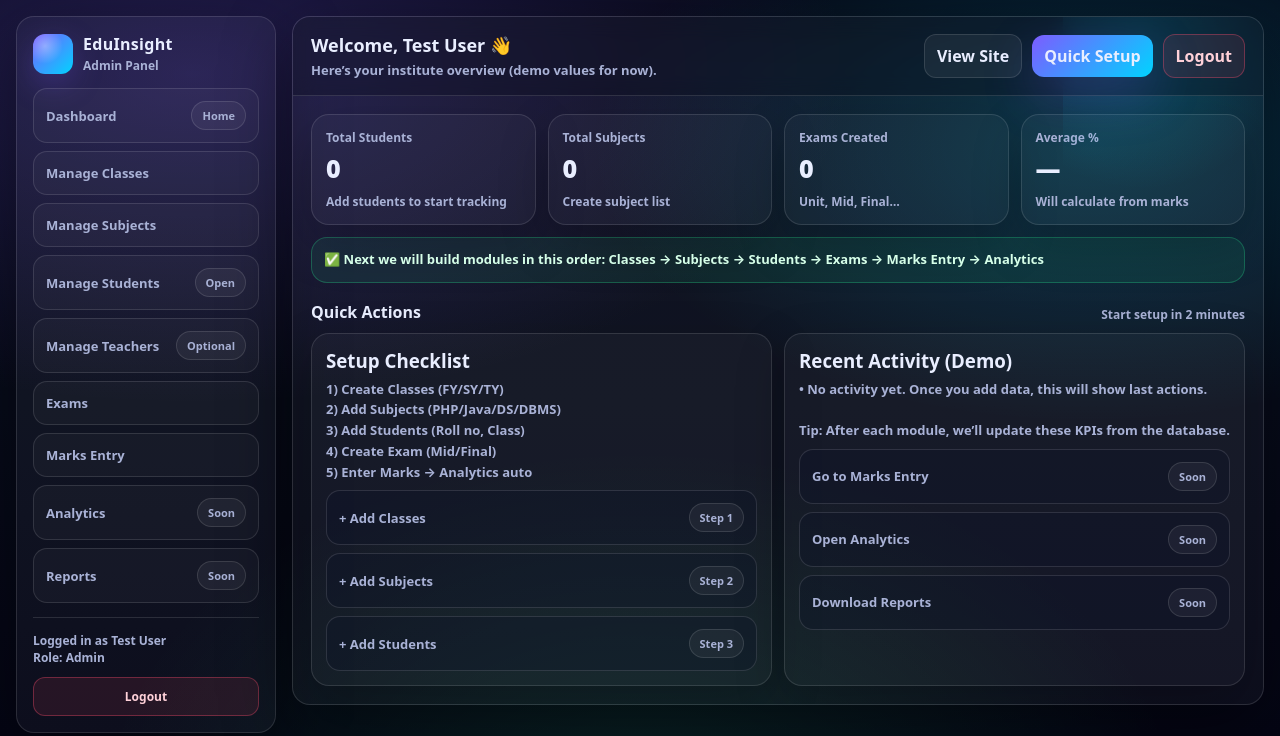
Repository: Kaifclash/EduInsight
Page: http://localhost/dashboard/admin_dashboard.php
An editor plug-in stored every save of this project. The page is shown before and after a run of saves, followed by the edit.
The browser window is 1280 px wide. The pictures show the whole page.
The page is run by PHP 8.4 with error messages shown; the project is at /var/www/html/. The session is filled in as if someone had signed in: {"user_id": 1, "role": "admin", "full_name": "Test User"}.

Above is the page before, as saved 2026-02-14 21:26:59.

After the next 2 saves:
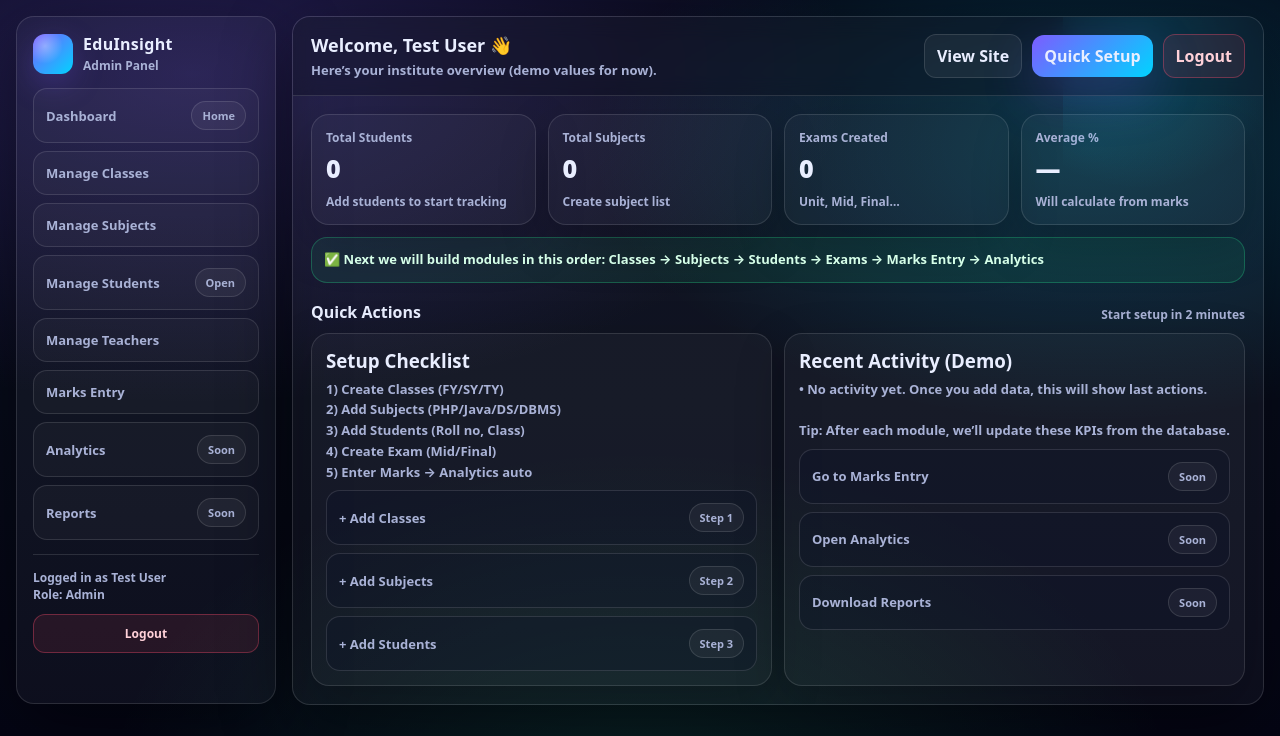
The 2 saves are shown as one change because they came seconds apart.
The last was saved 29 s later.
--- a/dashboard/admin_dashboard.php
+++ b/dashboard/admin_dashboard.php
@@ -319,7 +319,7 @@ $fullName = $_SESSION["full_name"] ?? "Admin";
         <a href="classes.php">Manage Classes</a>
         <a href="subjects.php">Manage Subjects</a>
         <a href="students.php">Manage Students <span class="pill">Open</span></a>
-        <a href="#" onclick="return comingSoon('Teachers');">Manage Teachers <span class="pill">Optional</span></a>       <a href="exams.php">Exams</a>
+<a href="teachers.php">Manage Teachers</a>
         <a href="marks_entry.php">Marks Entry</a>
 
         <a href="#" onclick="return comingSoon('Analytics');">Analytics <span class="pill">Soon</span></a>
